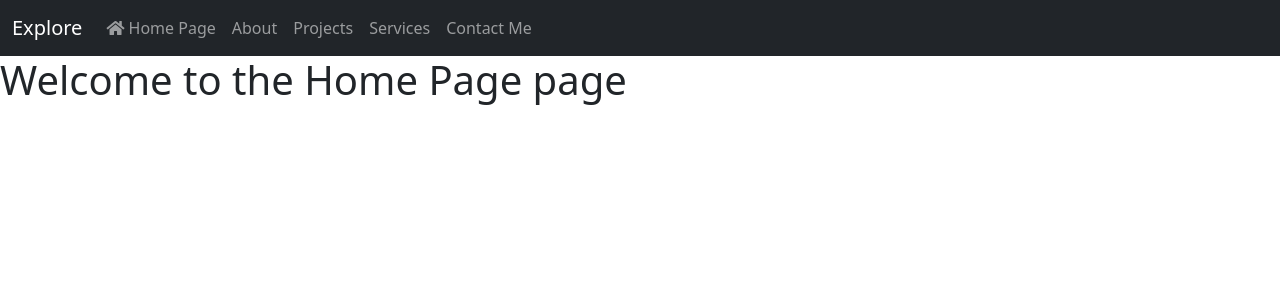
Repository: Survey-Wizard/SurveyWizard
Page: http://localhost/
These files come from the project's save history. The page is drawn as it stood at one moment and after the next save; the edit follows.
The browser window is 1280 px wide. The pictures show the whole page.
The page is served by the project's Node server (server.js). Other server files are loaded and not shown.

Above is the page before, as saved 2021-05-30 10:01:39.

### views/index.ejs
<!DOCTYPE html>
<html lang="en">
<head>
  <meta charset="UTF-8">
  <meta http-equiv="X-UA-Compatible" content="IE=edge">
  <meta name="viewport" content="width=device-width, initial-scale=1.0">
  <title><%= title %></title>
  <link rel='stylesheet' href='/bootstrap/dist/css/bootstrap.min.css' />
  <link rel='stylesheet' href='/@fortawesome/fontawesome-free/css/all.min.css' />
  <link rel='stylesheet' href='/Content/app.css' />

</head>
<body>

  <nav class="navbar navbar-expand-lg navbar-dark bg-dark">
    <div class="container-fluid">
      <a class="navbar-brand" href="#">Explore</a>

      <button class="navbar-toggler" type="button" data-bs-toggle="collapse" data-bs-target="#navbarSupportedContent" aria-controls="navbarSupportedContent" aria-expanded="false" aria-label="Toggle navigation">
        <span class="navbar-toggler-icon"></span>
      </button>

      <div class="collapse navbar-collapse" id="navbarSupportedContent">
        <ul class="navbar-nav ml-auto">

          <li class="nav-item active">
            <a class="nav-link"  href="/home"><i class="fas fa-home"></i> Home Page</a>
          </li>

          <li class="nav-item active">
            <a class="nav-link"  href="/about">About</a>
          </li>

          <li class="nav-item active">
            <a class="nav-link"  href="/projects">Projects</a>
          </li>

          <li class="nav-item active">
            <a class="nav-link"  href="/services">Services</a>
          </li>

          <li class="nav-item active">
            <a class="nav-link"  href="/contact">Contact Me</a>
          </li>

        </div>
      </nav>



  <h1>Welcome to the <%= title %> page</h1>


  <script src="/jquery/dist/jquery.min.js"></script>
  <script src="/bootstrap/dist/css/bootstrap.min.js"></script>
  <script src="/Scripts/app.js"></script>

</body>
</html>

### server.js
#!/usr/bin/env node

/**
 * Module dependencies.
 */

var app = require('./app');
var debug = require('debug')('assignment-1-portfolio:server');
var http = require('http');

/**
 * Get port from environment and store in Express.
 */

var port = normalizePort(process.env.PORT || '3000');
app.set('port', port);

/**
 * Create HTTP server.
 */

var server = http.createServer(app);

/**
 * Listen on provided port, on all network interfaces.
 */

server.listen(port);
server.on('error', onError);
server.on('listening', onListening);

/**
 * Normalize a port into a number, string, or false.
 */

function normalizePort(val) {
  var port = parseInt(val, 10);

  if (isNaN(port)) {
    // named pipe
    return val;
  }

  if (port >= 0) {
    // port number
    return port;
  }

  return false;
}

/**
 * Event listener for HTTP server "error" event.
 */

function onError(error) {
  if (error.syscall !== 'listen') {
    throw error;
  }

  var bind = typeof port === 'string'
    ? 'Pipe ' + port
    : 'Port ' + port;

  // handle specific listen errors with friendly messages
  switch (error.code) {
    case 'EACCES':
      console.error(bind + ' requires elevated privileges');
      process.exit(1);
      break;
    case 'EADDRINUSE':
      console.error(bind + ' is already in use');
      process.exit(1);
      break;
    default:
      throw error;
  }
}

/**
 * Event listener for HTTP server "listening" event.
 */

function onListening() {
  var addr = server.address();
  var bind = typeof addr === 'string'
    ? 'pipe ' + addr
    : 'port ' + addr.port;
  debug('Listening on ' + bind);
}

### routes/index.js
var express = require('express');
var router = express.Router();


/* GET home page. */
router.get('/', function(req, res, next) {
  res.render('index', { title: 'Home Page' });
});

/* GET home page. */
router.get('/home', function(req, res, next) {
  res.render('index', { title: 'Home Page' });
});

/* GET About page. */
router.get('/about', function(req, res, next) {
  res.render('index', { title: 'About' });
});

/* GET Projects page. */
router.get('/projects', function(req, res, next) {
  res.render('index', { title: 'Projects' });
});

/* GET Services page. */
router.get('/services', function(req, res, next) {
  res.render('index', { title: 'Services' });
});

/* GET Contact page. */
router.get('/contact', function(req, res, next) {
  res.render('index', { title: 'Contact Me' });
});



module.exports = router;

### app.js
let createError = require('http-errors');
let express = require('express');
let path = require('path');
let cookieParser = require('cookie-parser');
let logger = require('morgan');

let indexRouter = require('./routes/index');
let usersRouter = require('./routes/users');

let app = express();

// view engine setup
app.set('views', path.join(__dirname, 'views'));
app.set('view engine', 'ejs');

app.use(logger('dev'));
app.use(express.json());
app.use(express.urlencoded({ extended: false }));
app.use(cookieParser());
app.use(express.static(path.join(__dirname, 'public')));
app.use(express.static(path.join(__dirname, 'node_modules')));
app.use('/', indexRouter);
app.use('/users', usersRouter);

// catch 404 and forward to error handler
app.use(function(req, res, next) {
  next(createError(404));
});

// error handler
app.use(function(err, req, res, next) {
  // set locals, only providing error in development
  res.locals.message = err.message;
  res.locals.error = req.app.get('env') === 'development' ? err : {};

  // render the error page
  res.status(err.status || 500);
  res.render('error');
});

module.exports = app;

### public/Content/app.css
/* Custom css */

### public/Scripts/app.js
(function (){

    function Start ()
    {
        console.log("App Started...");

    }

    window.addEventListener("load", Start);

})();

After the next save:
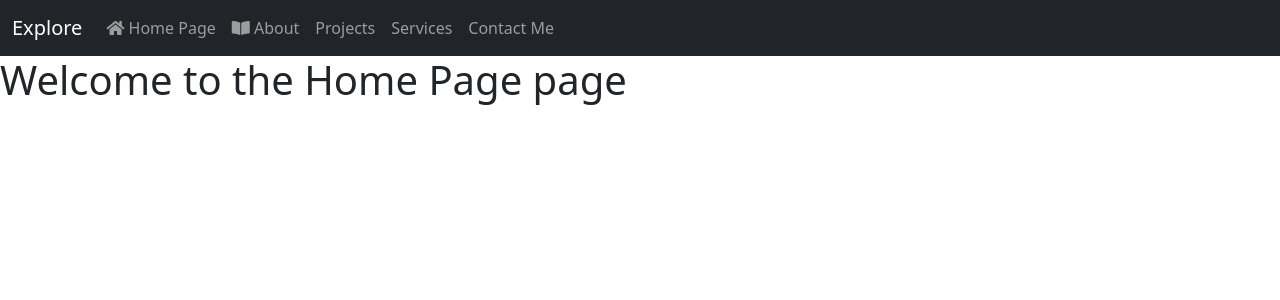
Saved 36 s later.
--- a/views/index.ejs
+++ b/views/index.ejs
@@ -28,7 +28,7 @@
           </li>
 
           <li class="nav-item active">
-            <a class="nav-link"  href="/about">About</a>
+            <a class="nav-link"  href="/about"><i class="fas fa-book-open"></i> About</a>
           </li>
 
           <li class="nav-item active">
